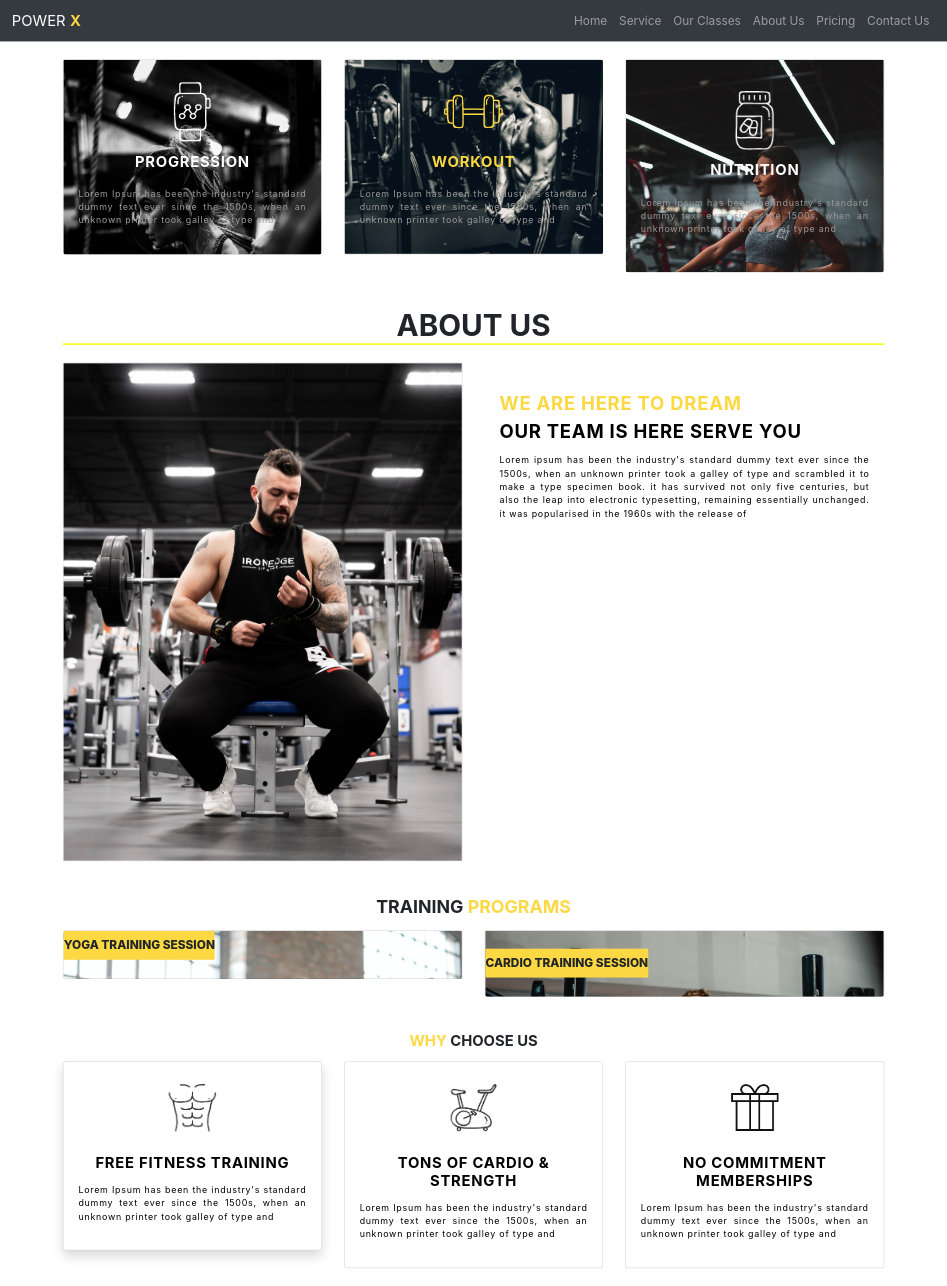
Repository: arif286/power-x-gym
Page: /
The author's editor kept a copy of each file at every save. The page is drawn from the files as they stood at one save, then again after the next save.
The browser window is 1280 px wide. The pictures show the whole page, at 74% of full size.
The project was rebuilt for these pictures with package versions that can differ from the ones it lists, and the page was loaded fresh each time.

Above is the page before, as saved 2021-04-06 23:24:36.

After the next save:
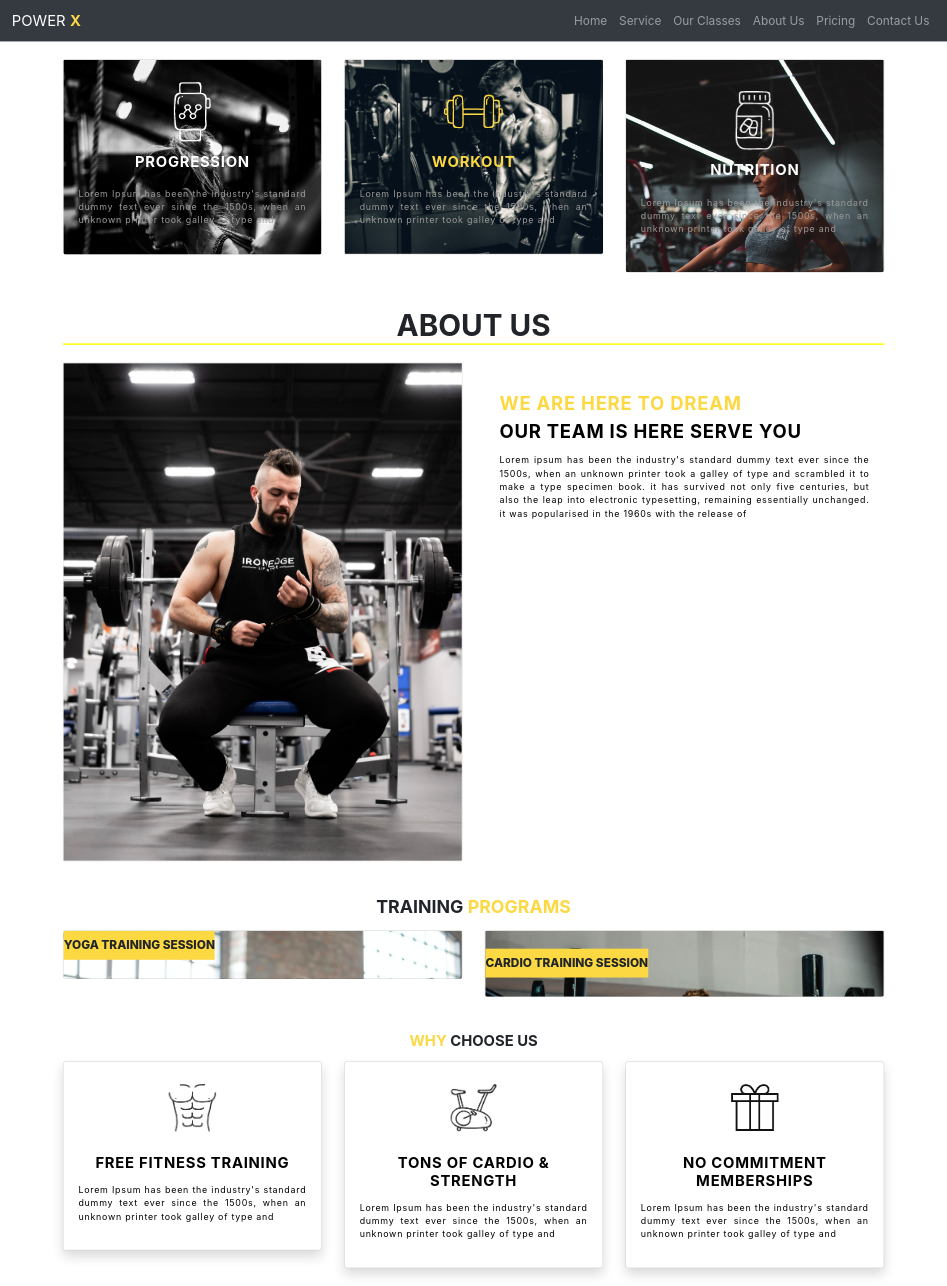
Saved 17 s later.
--- a/src/components/ChooseUs/ChooseUs.js
+++ b/src/components/ChooseUs/ChooseUs.js
@@ -31,7 +31,7 @@ const ChooseUs = () => {
           </Card>
         </Col>
         <Col className="pb-sm-4">
-          <Card className="work-card text-center">
+          <Card className="work-card text-center shadow">
             <Card.Body>
               <img className="work-img pb-3" src={cycle} alt="" />
               <h5 style={{ color: "black" }}>tons of cardio & strength</h5>
@@ -43,7 +43,7 @@ const ChooseUs = () => {
           </Card>
         </Col>
         <Col className="pb-sm-4">
-          <Card className="work-card text-center">
+          <Card className="work-card text-center shadow">
             <Card.Body>
               <img className="work-img pb-3" src={gift} alt="" />
               <h5 style={{ color: "black" }}>no commitment memberships</h5>
